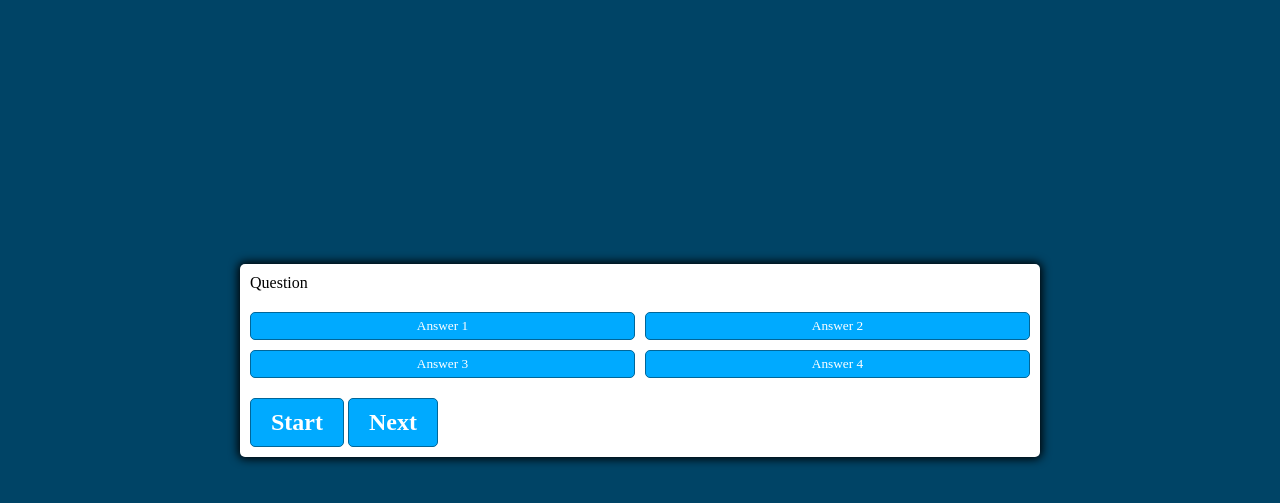
Repository: DaNiels89/quiz-js
Page: index.html
An editor plug-in stored every save of this project. The page is shown before and after the next save, followed by the edit.
The browser window is 1280 px wide. The pictures show the whole page.

Above is the page before, as saved 2020-06-22 09:53:54.

### index.html
<!DOCTYPE html>
<html lang="en">

<head>
    <meta charset="UTF-8">
    <meta name="viewport" content="width=device-width, initial-scale=1.0">
    <link rel="stylesheet" href="css/styles.css">
    <script defer scr="script.js"></script>
    <title>Quiz</title>
</head>

<body>
    <div class="container">
        <div id="question-container" class="hide">
            <div class="question">Question</div>
            <div id="answer-buttons" class="btn-grid">
                <button class="btn">Answer 1</button>
                <button class="btn">Answer 2</button>
                <button class="btn">Answer 3</button>
                <button class="btn">Answer 4</button>
            </div>
        </div>
        <div class="controls">
            <button id="start-btn" class="start-btn btn">Start</button>
            <button id="next-btn" class="next-btn btn">Next</button>
        </div>
    </div>
</body>

</html>

### css/styles.css
*, *::before, *::after {
    box-sizing: border-box;
    font-family: Gotham Rounded;
}

:root {
    --hue-neutral: 200;
    --hue-wrong: 0;
    --hue-correct: 145;
}

body {
    --hue: var(--hue-neutral);
    padding: 0;
    margin: 0;
    display: flex;
    width: 100vw;
    height: 100vh;
    justify-content: center;
    align-items: center;
    background-color: hsl(var(--hue), 100%, 20%);
}

body.correct {
    --hue: var(--hue-correct);
}

body.wrong {
    --hue: var(--hue-wrong);
}

.container {
    width: 800px;
    max-width: 80%;
    background-color: white;
    border-radius: 5px;
    padding: 10px;
    box-shadow: 0 0 10px 2px;
}

.btn-grid {
    display: grid;
    grid-template-columns: repeat(2, auto);
    gap: 10px;
    margin: 20px 0;
}

.btn {
    --hue: var(--hue-neutral);
    border: 1px solid hsl(var(--hue), 100%, 30%);
    background-color: hsl(var(--hue), 100%, 50%);
    border-radius: 5px;
    padding: 5px 10px;
    color: white;
    outline: none;
}

.btn:hover {
    border-color: black
}

.btn.correct {
    --hue: var(--hue-correct);
    color: black;
}

.btn.wrong {
    --hue: var(--hue-wrong);
}

.start-btn, .next-btn {
    font-size: 1.5rem;
    font-weight: bold;
    padding: 10px 20px;
}

After the next save:
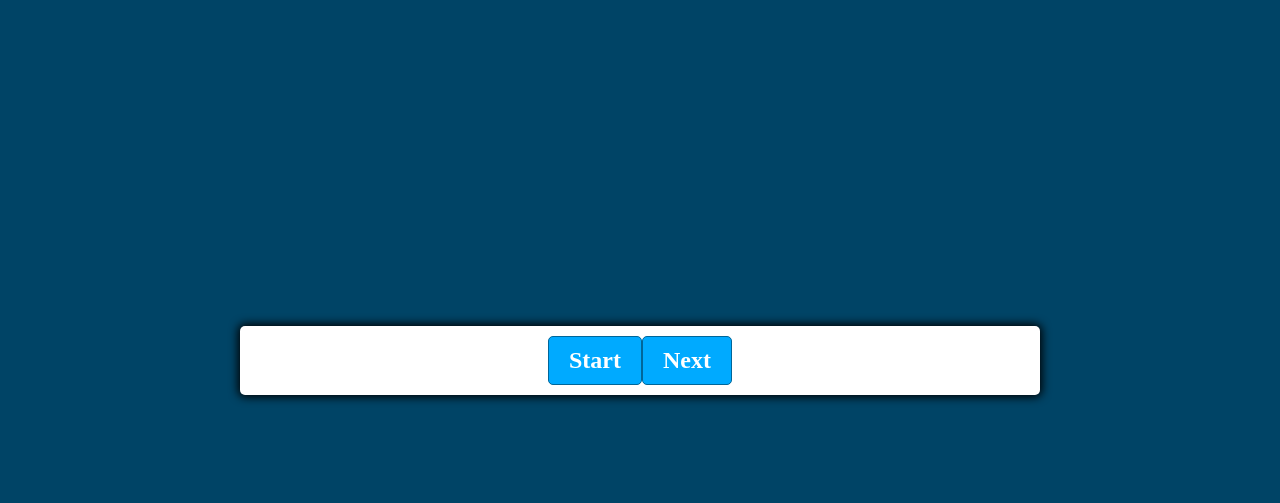
Saved 24 s later.
--- a/css/styles.css
+++ b/css/styles.css
@@ -73,3 +73,13 @@ body.wrong {
     font-weight: bold;
     padding: 10px 20px;
 }
+
+.controls {
+    display: flex;
+    justify-content: center;
+    align-items: center;
+}
+
+.hide {
+    display: none;
+}
